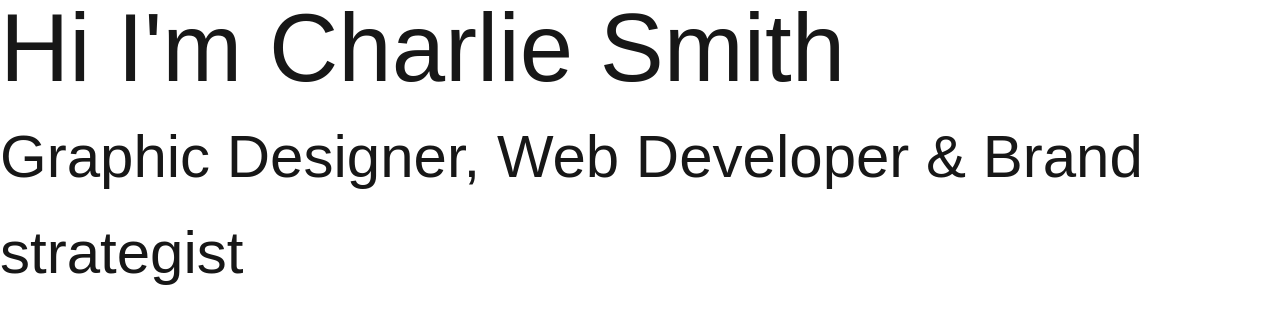
Repository: charlehs/portfolio
Page: /
These files come from the project's save history. The page is drawn as it stood at one moment and after the next save; the edit follows.
The browser window is 1280 px wide. The pictures show the whole page.
The project was rebuilt for these pictures with package versions that can differ from the ones it lists, and the page was loaded fresh each time. The framework's server and built-in components were replaced by stand-ins that run in the browser. Also part of the build but not shown: next.config.ts.

Above is the page before, as saved 2025-01-02 16:43:40.

### app/layout.tsx
import type { Metadata } from "next";
import localFont from "next/font/local";
import Nav from "./components/Nav";
import "./globals.css";

const geistSans = localFont({
  src: "./fonts/GeistVF.woff",
  variable: "--font-geist-sans",
  weight: "100 900",
});
const geistMono = localFont({
  src: "./fonts/GeistMonoVF.woff",
  variable: "--font-geist-mono",
  weight: "100 900",
});

export const metadata: Metadata = {
  title: "Create Next App",
  description: "Generated by create next app",
};

export default function RootLayout({
  children,
}: Readonly<{
  children: React.ReactNode;
}>) {
  return (
    <html lang="en">
      <body
        className={`${geistSans.variable} ${geistMono.variable} antialiased`}
      >
        {/* <Nav /> */}
        {children}
      </body>
    </html>
  );
}

### app/page.tsx
import Image from "next/image";

export default function Home() {
  return (
    <div className="">
      <main className="">
        <p className=" text-8xl">
          Hi I'm Charlie Smith
          <br />{" "}
          <span className="text-6xl">
            Graphic Designer, Web Developer & Brand strategist
          </span>
        </p>
      </main>
      {/* <footer className="row-start-3 flex gap-6 flex-wrap items-center justify-center"></footer> */}
    </div>
  );
}

### app/globals.css
@tailwind base;
@tailwind components;
@tailwind utilities;

:root {
  --background: #ffffff;
  --foreground: #171717;
}

@media (prefers-color-scheme: dark) {
  :root {
    --background: #0a0a0a;
    --foreground: #ededed;
  }
}

body {
  color: var(--foreground);
  background: var(--background);
  font-family: Arial, Helvetica, sans-serif;
}

@font-face {
  font-family: "Harmond";
  src: url("/fonts/Harmond-SemiBoldCondensed.otf") format("opentype");
  font-weight: 600; /* Regular */
  font-style: normal;
}

@font-face {
  font-family: "Harmond";
  src: url("/fonts/Harmond-SemBdItaCond.otf") format("opentype");
  font-weight: 600; /* Bold */
  font-style: italic;
}
@font-face {
  font-family: "Harmond";
  src: url("/fonts/Harmond-ExtraBoldExpanded.otf") format("opentype");
  font-weight: 800; /* Bold */
  font-style: normal;
}

.harmond-text {
  font-family: "Harmond", sans-serif;
}

.extra-bold {
  font-family: "Harmond", sans-serif;
  font-weight: 800;
  font-style: normal;
}

Loaded but not shown: tailwind.config.ts (common file)

After the next save:
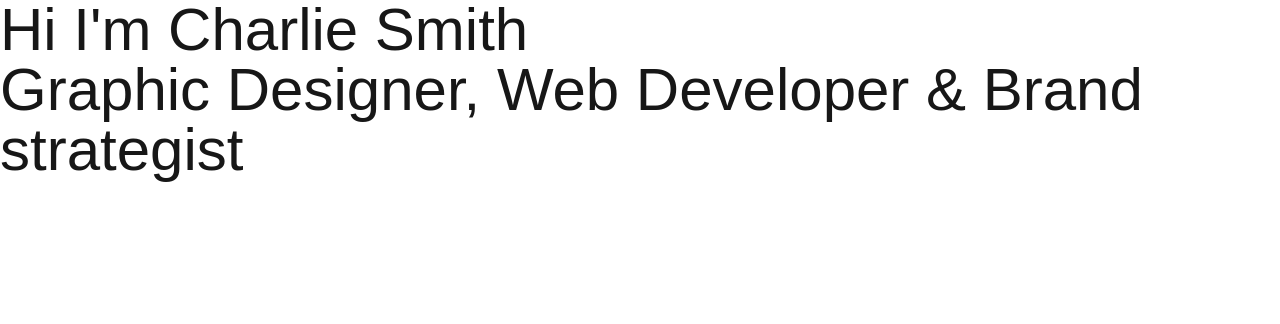
Saved 9 s later.
--- a/app/page.tsx
+++ b/app/page.tsx
@@ -4,7 +4,7 @@ export default function Home() {
   return (
     <div className="">
       <main className="">
-        <p className=" text-8xl">
+        <p className=" text-6xl">
           Hi I'm Charlie Smith
           <br />{" "}
           <span className="text-6xl">
